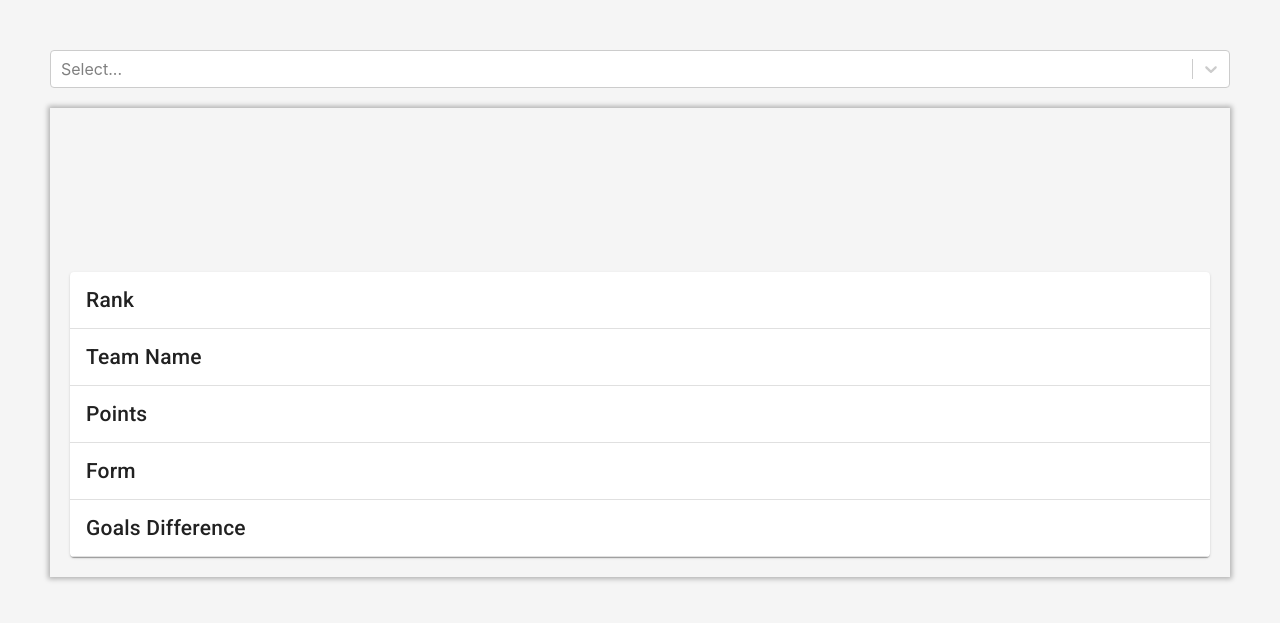
Repository: JorSargsyan/FootballApp
Page: /
The author's editor kept a copy of each file at every save. The page is drawn from the files as they stood at one save, then again after the next save.
The browser window is 1280 px wide. The pictures show the whole page.
The page's requests for data from a server got no answer. The project was rebuilt for these pictures with package versions that can differ from the ones it lists, and the page was loaded fresh each time. No one was signed in, and anything a server would have sent is missing.

Above is the page before, as saved 2019-07-13 16:58:00.

After the next save:
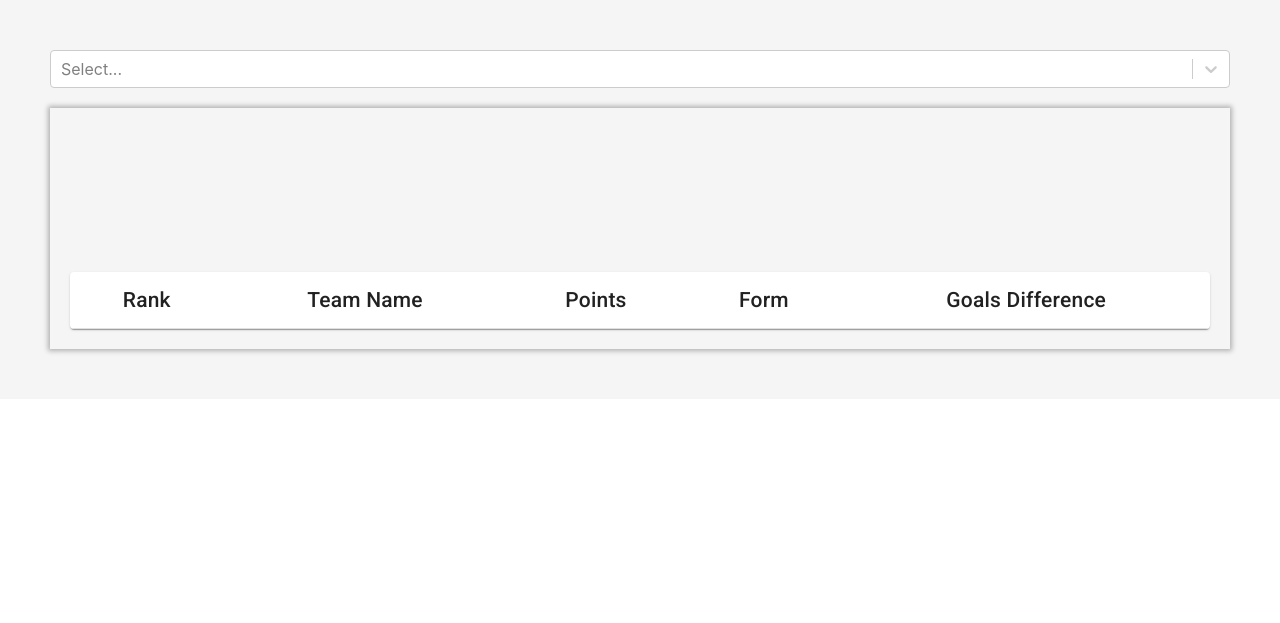
Saved 96 s later.
--- a/src/components/common/Table.js
+++ b/src/components/common/Table.js
@@ -22,7 +22,7 @@ const useStyles = makeStyles(theme => ({
   },
   tableTd:{
     fontSize:"21px",
-    display:"flex"
+    textAlign: "center"
   }
 }));
 
